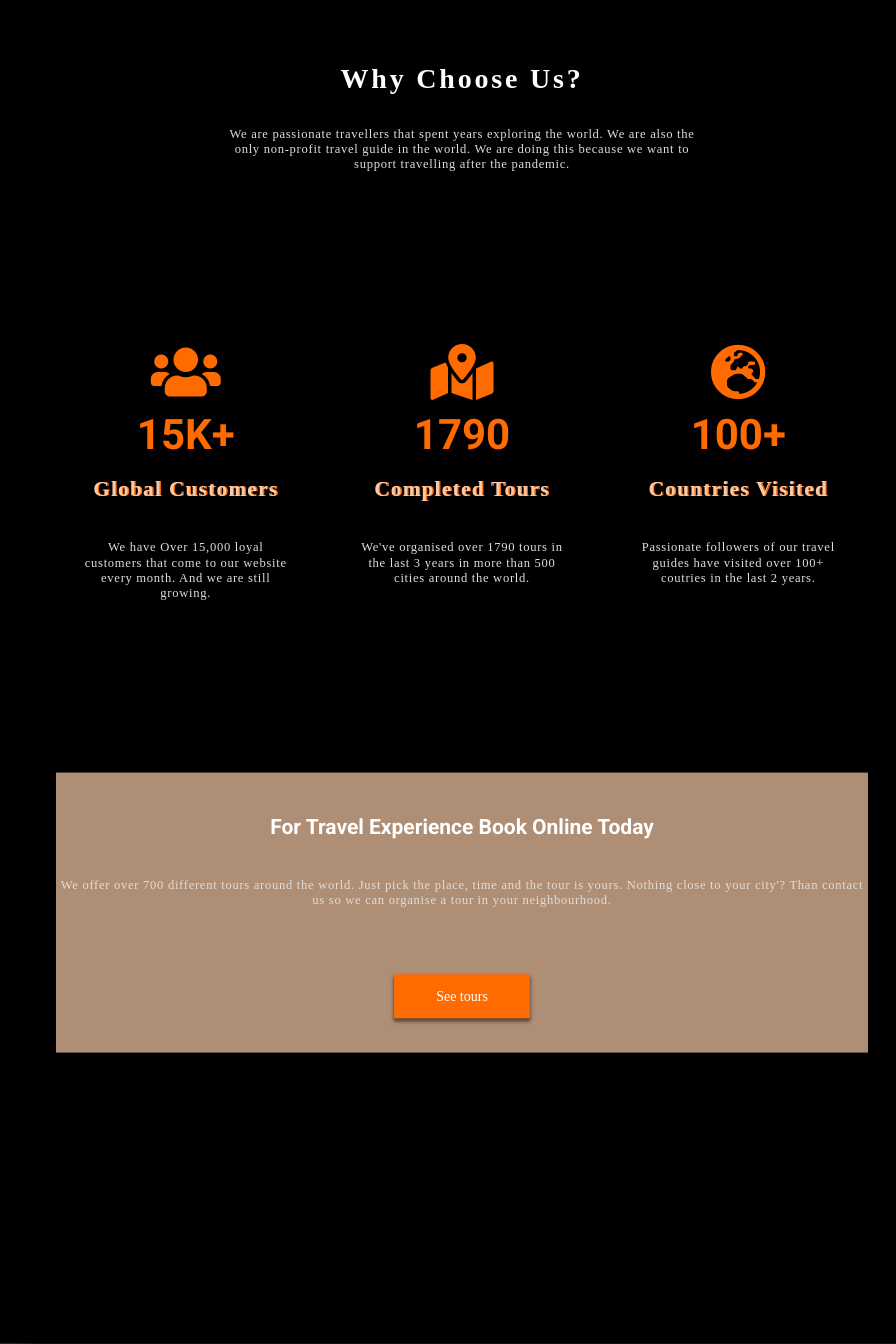
Repository: Hunga9k50doker/wildver-travel
Page: src/index.html
The author's editor kept a copy of each file at every save. The page is drawn from the files as they stood at one save, then again after a run of saves.
The browser window is 1280 px wide. The pictures show the part of the page from y = 4544 to 6464 px (the page is 6464 px tall), at 70% of full size.
Some web fonts or font styles are not loaded; a fallback is used. The style sheet was rebuilt from its Sass, Less or Tailwind sources for each picture, by a compiler version that may differ from the author's.

Above is the page before, as saved 2021-08-27 21:38:22.

After the next 4 saves:
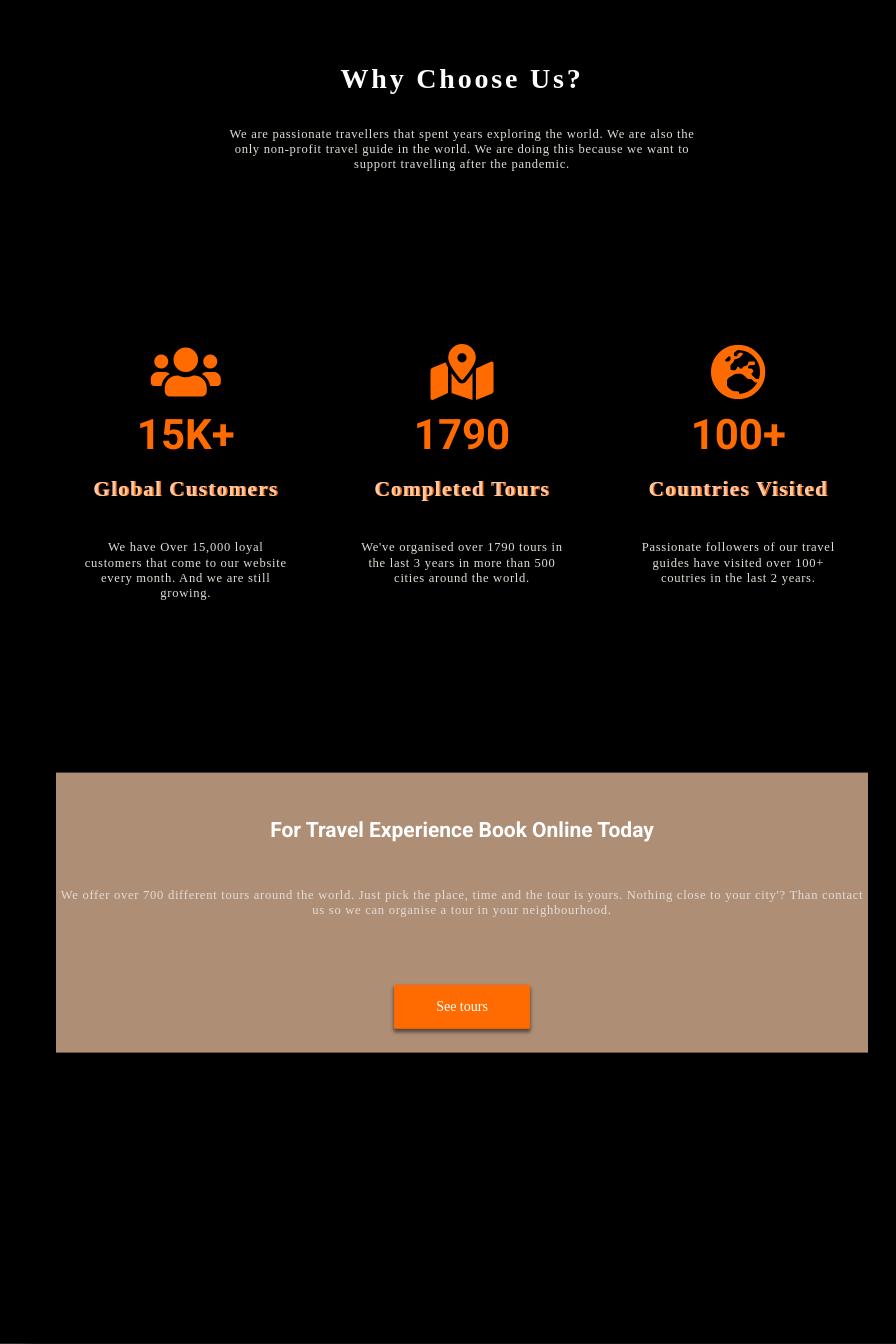
The 4 saves are shown as one change because they came seconds apart.
The last was saved 29 s later.
--- a/src/resources/scss/container.scss
+++ b/src/resources/scss/container.scss
@@ -212,8 +212,8 @@ $mode: cubic-bezier(0.17, 0.67, 0.55, 1.43);
                 flex-direction: column;
                 h3{
                     font-size: 3rem;
-                    margin:2rem 0;
                     color:$white-color;
+                    margin-top: 4rem;
                 }
             }
         }
